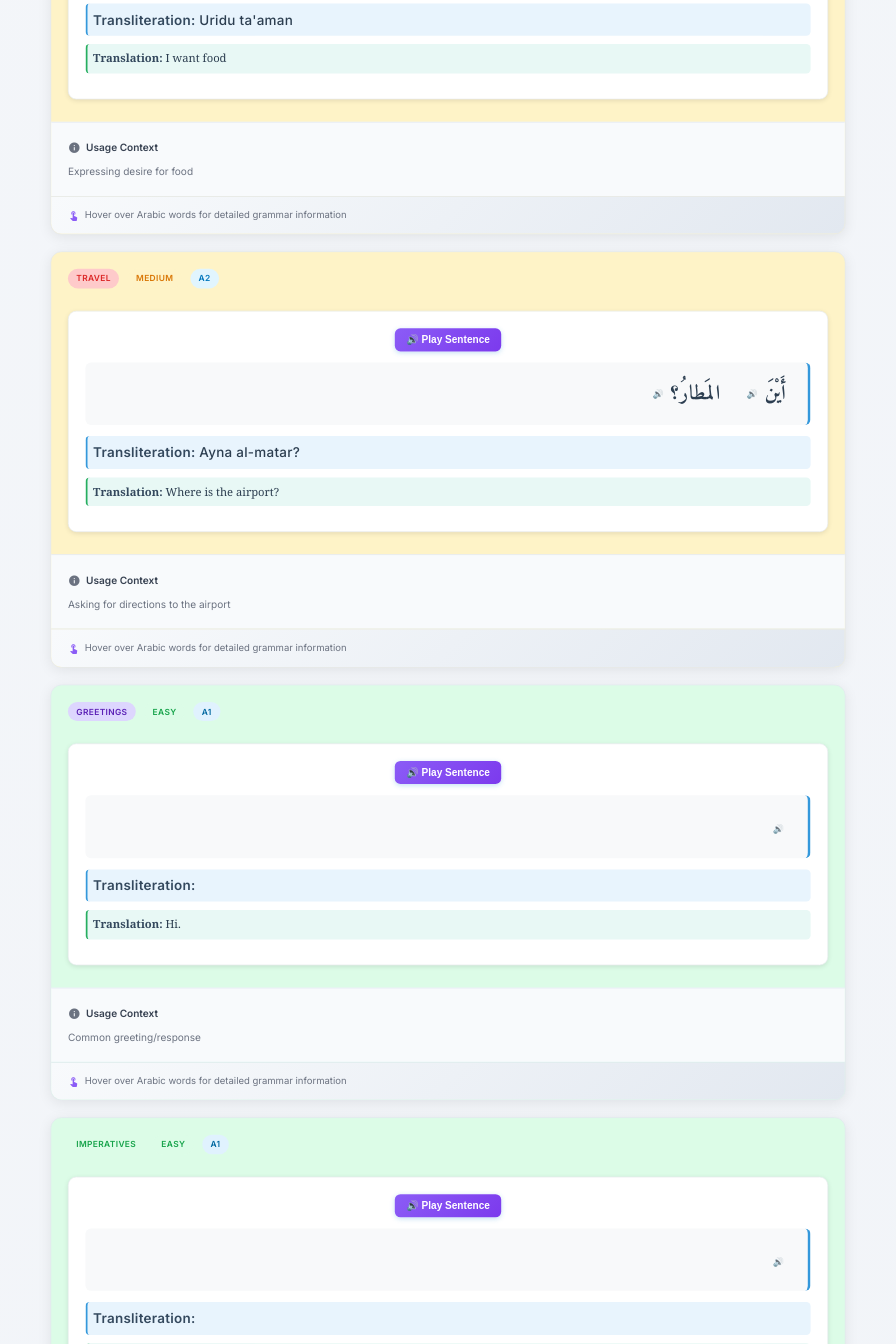
Repository: AhadBAzad/arabic-webapp
Page: /topics/daily-phrases
An editor plug-in stored every save of this project. The page is shown before and after the next save, followed by the edit.
The browser window is 1280 px wide. The pictures show the part of the page from y = 4580 to 6500 px (the page is 123466 px tall), at 70% of full size.
The project was rebuilt for these pictures with package versions that can differ from the ones it lists, and the page was loaded fresh each time. Also part of the build but not shown: vite.config.ts, src/pages/HomePage.tsx, src/data.ts, src/components/StoryReader.css, src/components/StoryReader.tsx, src/components/StoryList.tsx, src/pages/LibraryPage.tsx, src/pages/TopicsPage.tsx and 8 more.

Above is the page before, as saved 2025-09-30 23:07:43.

### index.html
<!doctype html>
<html lang="en">
  <head>
    <meta charset="UTF-8" />
    <link rel="icon" type="image/svg+xml" href="/vite.svg" />
    <meta name="viewport" content="width=device-width, initial-scale=1.0" />
    <title>Arabic Reading Practice</title>
    <meta name="description" content="Interactive Arabic reading practice web app with harakah, translation, and transliteration support" />

    <!-- Arabic Font Preloads for better performance -->
    <link rel="preconnect" href="https://fonts.googleapis.com">
    <link rel="preconnect" href="https://fonts.gstatic.com" crossorigin>
    <link href="https://fonts.googleapis.com/css2?family=Amiri:ital,wght@0,400;0,700;1,400;1,700&family=Noto+Sans+Arabic:wght@400;500;600;700&display=swap" rel="stylesheet">
  </head>
  <body>
    <div id="root"></div>
    <script type="module" src="/src/main.tsx"></script>
  </body>
</html>

### src/index.css
:root {
  font-family: 'Segoe UI', Tahoma, Geneva, Verdana, sans-serif;
  line-height: 1.6;
  font-weight: 400;

  color-scheme: light;
  color: #2c3e50;
  background-color: #ffffff;

  font-synthesis: none;
  text-rendering: optimizeLegibility;
  -webkit-font-smoothing: antialiased;
  -moz-osx-font-smoothing: grayscale;
}

* {
  box-sizing: border-box;
}

body {
  margin: 0;
  min-height: 100vh;
}

#root {
  min-height: 100vh;
}

### src/App.tsx
import { BrowserRouter as Router, Routes, Route } from 'react-router-dom';
import Navigation from './components/Navigation';
import HomePage from './pages/HomePage';
import LibraryPage from './pages/LibraryPage.tsx';
import TopicsPage from './pages/TopicsPage';
import LevelsPage from './pages/LevelsPage';
import VocabularyPage from './pages/VocabularyPage';
import AudioStoriesPage from './pages/AudioStoriesPage';
import ProgressPage from './pages/ProgressPage';
import AboutPage from './pages/AboutPage';
import DailyPhrasesPage from './pages/DailyPhrasesPage';
import './App.css';

function App() {
  return (
    <Router>
      <div className="app">
        <Navigation />

        <main className="app-main">
          <Routes>
            <Route path="/" element={<HomePage />} />
            <Route path="/library" element={<LibraryPage />} />
            <Route path="/topics" element={<TopicsPage />} />
            <Route path="/topics/daily-phrases" element={<DailyPhrasesPage />} />
            <Route path="/levels" element={<LevelsPage />} />
            <Route path="/vocabulary" element={<VocabularyPage />} />
            <Route path="/audio-stories" element={<AudioStoriesPage />} />
            <Route path="/progress" element={<ProgressPage />} />
            <Route path="/about" element={<AboutPage />} />
          </Routes>
        </main>
      </div>
    </Router>
  );
}

export default App;

### src/components/Navigation.tsx
import { Link, useLocation } from 'react-router-dom';
import './Navigation.css';

const Navigation = () => {
  const location = useLocation();

  const navItems = [
    { path: '/', label: 'Home', icon: 'home' },
    { path: '/library', label: 'Library', icon: 'library_books' },
    { path: '/topics', label: 'Topics', icon: 'folder' },
    { path: '/levels', label: 'Levels', icon: 'trending_up' },
    { path: '/vocabulary', label: 'Vocabulary', icon: 'article' },
    { path: '/audio-stories', label: 'Audio Stories', icon: 'headphones' },
    { path: '/progress', label: 'My Progress', icon: 'analytics' },
    { path: '/about', label: 'About', icon: 'info' }
  ];

  return (
    <nav className="navigation">
      <div className="nav-container">
        <div className="nav-brand">
          <Link to="/" className="brand-link">
            <span className="material-icons brand-icon">mosque</span>
            <span className="brand-text">Arabic Reading Hub</span>
          </Link>
        </div>

        <ul className="nav-menu">
          {navItems.map((item) => (
            <li key={item.path} className="nav-item">
              <Link
                to={item.path}
                className={`nav-link ${location.pathname === item.path ? 'active' : ''}`}
              >
                <span className="material-icons nav-icon">{item.icon}</span>
                <span className="nav-label">{item.label}</span>
              </Link>
            </li>
          ))}
        </ul>
      </div>
    </nav>
  );
};

export default Navigation;

### src/pages/DailyPhrasesDatabase.tsx
// Daily Phrases Database
// This file contains all the daily phrases data with word-level analysis
// You can easily add new phrases by following the structure below

import type { Word } from '../types';

export interface DailyPhrase {
  id: string;
  category: string;
  words: Word[];
  translation: string;
  transliteration: string;
  usage: string;
  difficulty: 'easy' | 'medium' | 'hard';
  level: 'A1' | 'A2' | 'B1' | 'B2';
}

// =============================================================================
// DAILY PHRASES DATABASE (BASE ITEMS YOU ALREADY HAD)
// =============================================================================
const basePhrases: DailyPhrase[] = [
  // GREETINGS CATEGORY
  {
    id: '1',
    category: 'greetings',
    words: [
      {
        arabic: 'السلام',
        arabicWithHarakah: 'السَّلامُ',
        transliteration: 'as-salamu',
        translation: 'peace',
        grammarType: 'noun',
        root: 'س ل م',
        rootTransliteration: 's-l-m',
        rootMeaning: 'safety, peace, security'
      },
      {
        arabic: 'عليكم',
        arabicWithHarakah: 'عَلَيْكُمْ',
        transliteration: 'alaykum',
        translation: 'upon you',
        grammarType: 'preposition',
        root: 'ع ل ي',
        rootTransliteration: '3-l-y',
        rootMeaning: 'to be high, elevated'
      }
    ],
    translation: 'Peace be upon you (Islamic greeting)',
    transliteration: 'Assalamu alaykum',
    usage: 'Standard Islamic greeting used throughout the day',
    difficulty: 'easy',
    level: 'A1'
  },

  {
    id: '2',
    category: 'greetings',
    words: [
      {
        arabic: 'وعليكم',
        arabicWithHarakah: 'وَعَلَيْكُمُ',
        transliteration: 'wa alaykum',
        translation: 'and upon you',
        grammarType: 'conjunction',
        root: 'ع ل ي',
        rootTransliteration: '3-l-y',
        rootMeaning: 'to be high, elevated'
      },
      {
        arabic: 'السلام',
        arabicWithHarakah: 'السَّلامُ',
        transliteration: 'as-salam',
        translation: 'the peace',
        grammarType: 'noun',
        root: 'س ل م',
        rootTransliteration: 's-l-m',
        rootMeaning: 'safety, peace, security'
      }
    ],
    translation: 'And upon you peace (response to Islamic greeting)',
    transliteration: 'Wa alaykum as-salam',
    usage: 'Standard response to "As-salāmu ʿalaykum"',
    difficulty: 'easy',
    level: 'A1'
  },

  // DAILY EXPRESSIONS CATEGORY
  {
    id: '3',
    category: 'daily',
    words: [
      {
        arabic: 'شكرا',
        arabicWithHarakah: 'شُكْراً',
        transliteration: 'shukran',
        translation: 'thanks',
        grammarType: 'noun',
        root: 'ش ك ر',
        rootTransliteration: 'sh-k-r',
        rootMeaning: 'to be grateful'
      },
      {
        arabic: 'لك',
        arabicWithHarakah: 'لَكَ',
        transliteration: 'lak',
        translation: 'to you',
        grammarType: 'preposition',
        root: 'ل ك',
        rootTransliteration: 'l-k',
        rootMeaning: 'to/for you'
      }
    ],
    translation: 'Thank you',
    transliteration: 'Shukran lak',
    usage: 'Common way to express gratitude',
    difficulty: 'easy',
    level: 'A1'
  },

  {
    id: '4',
    category: 'polite',
    words: [
      {
        arabic: 'من',
        arabicWithHarakah: 'مِنْ',
        transliteration: 'min',
        translation: 'from',
        grammarType: 'preposition',
        root: 'م ن',
        rootTransliteration: 'm-n',
        rootMeaning: 'from, of'
      },
      {
        arabic: 'فضلك',
        arabicWithHarakah: 'فَضْلِكَ',
        transliteration: 'fadlik',
        translation: 'your favor',
        grammarType: 'noun',
        root: 'ف ض ل',
        rootTransliteration: 'f-d-l',
        rootMeaning: 'to favor, prefer'
      }
    ],
    translation: 'Please',
    transliteration: 'Min fadlik',
    usage: 'Polite way to make a request',
    difficulty: 'easy',
    level: 'A1'
  },

  // FAMILY TERMS CATEGORY
  {
    id: '5',
    category: 'family',
    words: [
      {
        arabic: 'هذه',
        arabicWithHarakah: 'هٰذِهِ',
        transliteration: 'hadhihi',
        translation: 'this (feminine)',
        grammarType: 'pronoun',
        root: 'ه ذ ا',
        rootTransliteration: 'h-dh-a',
        rootMeaning: 'this, that'
      },
      {
        arabic: 'عائلتي',
        arabicWithHarakah: 'عائِلَتي',
        transliteration: "a'ilati",
        translation: 'my family',
        grammarType: 'noun',
        root: 'ع و ل',
        rootTransliteration: '3-w-l',
        rootMeaning: 'to support, maintain'
      }
    ],
    translation: 'This is my family',
    transliteration: "Hadhihi a'ilati",
    usage: 'Introducing your family members',
    difficulty: 'medium',
    level: 'A2'
  },

  // TIME EXPRESSIONS CATEGORY
  {
    id: '6',
    category: 'time',
    words: [
      {
        arabic: 'كم',
        arabicWithHarakah: 'كَمِ',
        transliteration: 'kam',
        translation: 'how much/many',
        grammarType: 'particle',
        root: 'ك م',
        rootTransliteration: 'k-m',
        rootMeaning: 'how much, quantity'
      },
      {
        arabic: 'الساعة؟',
        arabicWithHarakah: 'السّاعَة؟',
        transliteration: "as-sa'a?",
        translation: 'the hour/clock?',
        grammarType: 'noun',
        root: 'س و ع',
        rootTransliteration: 's-w-3',
        rootMeaning: 'time measurement'
      }
    ],
    translation: 'What time is it?',
    transliteration: "Kam as-sa'a?",
    usage: 'Asking for the current time',
    difficulty: 'medium',
    level: 'A2'
  },

  // FOOD CATEGORY
  {
    id: '7',
    category: 'food',
    words: [
      {
        arabic: 'أريد',
        arabicWithHarakah: 'أُريدُ',
        transliteration: 'uridu',
        translation: 'I want',
        grammarType: 'verb',
        root: 'ر و د',
        rootTransliteration: 'r-w-d',
        rootMeaning: 'to want, desire'
      },
      {
        arabic: 'طعاماً',
        arabicWithHarakah: 'طَعاماً',
        transliteration: "ta'aman",
        translation: 'food',
        grammarType: 'noun',
        root: 'ط ع م',
        rootTransliteration: 't-3-m',
        rootMeaning: 'food, taste'
      }
    ],
    translation: 'I want food',
    transliteration: "Uridu ta'aman",
    usage: 'Expressing desire for food',
    difficulty: 'medium',
    level: 'A2'
  },

  // TRAVEL CATEGORY
  {
    id: '8',
    category: 'travel',
    words: [
      {
        arabic: 'أين',
        arabicWithHarakah: 'أَيْنَ',
        transliteration: 'ayna',
        translation: 'where',
        grammarType: 'adverb',
        root: 'ا ي ن',
        rootTransliteration: 'a-y-n',
        rootMeaning: 'where, location'
      },
      {
        arabic: 'المطار؟',
        arabicWithHarakah: 'المَطارُ؟',
        transliteration: 'al-matar?',
        translation: 'the airport?',
        grammarType: 'noun',
        root: 'ط ي ر',
        rootTransliteration: 't-y-r',
        rootMeaning: 'to fly'
      }
    ],
    translation: 'Where is the airport?',
    transliteration: 'Ayna al-matar?',
    usage: 'Asking for directions to the airport',
    difficulty: 'medium',
    level: 'A2'
  }
];

// =============================================================================
// APPEND: FIRST ~200 LINES FROM THE DOCUMENT (embedded TSV -> parsed below)
// =============================================================================
// Format: English<TAB>Arabic per line. We take the first 200 non-empty lines.
const RAW_TSV = String.raw`Hi.	مرحبًا.
Run!	اركض!
Help!	النجدة!
Jump!	اقفز!
Stop!	قف!
Go on.	داوم.
Go on.	استمر.
Hello!	مرحباً.
Hurry!	تعجّل!
Hurry!	استعجل!
I see.	انا اري
I won!	أنا فُزت!
Relax.	استرح.
Smile.	ابتسم.
Cheers!	في صحتك.
Got it?	هل فهمت؟
He ran.	ركض.
I know.	أعرف.
I know.	أعلم ذلك.
I know.	أنا أعلم
I'm 19.	أنا في 19
I'm OK.	أنا بخير.
Listen.	استمع
No way!	غير معقول!
Really?	حقاً؟
Thanks.	شكرا.
Why me?	لماذا أنا؟
Awesome!	رائع!
Be cool.	خذ راحتك.
Call me.\tهاتفني.
Call me.	اتصل بي.
Come in.	تفضل بالدخول.
Come in.	تعال إلى الداخل
Come on!	بالله عليك!
Come on!	هيا
Come on!	هيّا
Get out!	اخرج من هنا!
Get out!	أُخرج!
Get out.	اخرج!
Go away.	اتركني و شأني.
Go away.	اذهب بعيداً.
Go away.	ارحل.
Goodbye!	مع السلامة.
He came.	لقد أتى.
He runs.	هو يجري
Help me!	ساعدني!
Help me.	النجدة! ساعدني!
I'm sad.	أنا حزين.
Me, too.	أنا أيضاً.
Shut up!	اخرس!
Shut up!	اصمت!
Shut up!	اسكت!
Shut up!	أغلق فمك!
Stop it.	أوقفه
Take it.	خذه
Tom won.	توم فاز.
Tom won.	لقد ربح توم.
Wake up!	استيقظ!
Welcome.	أهلاً و سهلاً!
Welcome.	مرحباً بك!
Welcome.	اهلا وسهلا
Welcome.	مرحبا!
Who won?	من فاز؟
Who won?	من الذي ربح؟
Why not?	لم لا؟
Why not?	لما لا؟
Have fun.	استمتع بوقتك.
Hurry up.	أسرع!
I forgot.	لقد نسيت.
I got it.	فهمتُهُ.
I got it.	فهمتُها.
I got it.	فَهمتُ ذلك.
I use it.	أستخدمه.
I'll pay.	سأدفع أنا.
I'm busy.	أنا مشغول.
I'm busy.	إنني مشغول.
I'm cold.	أشعر بالبرد.
I'm free.	أنا حُرّ.
I'm here.	أنا هنا
I'm home.	لقد عدت إلى البيت
I'm poor.	أنا فقير.
I'm rich.	أنا ثري.
It hurts.	هذا مؤلم
It's hot.	الجو حار
It's new.	إنه جديد
Let's go!	هيا بنا!
Let's go!	هيا لنذهب!
Let's go!	لنذهب.
Let's go.	هيا بنا.
Let's go.	هيا بنا نذهب.
Look out!	اِنتبه!
Look out!	إحذر!
Look out!	انتبه
Speak up!	تكلم!
Stand up!	قف!
Terrific!	رائع!
Terrific!	ممتاز!
Tom died.	توم مات.
Tom died.	توفي توم.
Tom left.	لقد غادر توم.
Tom lied.	لقد كذِبَ توم.
Tom lost.	لقد خَسِرَ توم.
Tom quit.	توم استقال.
Try some.	هاك، جرب.
Who am I?	من أنا؟
Who died?	من مات؟
Who died?	من توفي؟
After you.	من بعدك
Birds fly.	العصافير تطير.
Birds fly.	تحلق الطيور.
Bless you.	يُباركك.
Calm down.	اِهدأ.
Can we go?	هل نستطيع أن نذهب؟
Come here.	تعال هنا.
Come here.	تعال إلى هنا.
Come home.	تعال إلى منزلي.
Did I win?	هل أنا فُزت؟
Do it now.	افعل ذلك الآن.
Don't lie.	إياك و الكذب.
Excuse me.	عفواً.
Fantastic!	رائع!
Forget it!	انسَ الأمر.
Forget it!	انسَ ذلك
Forget it.	انسَ الأمر.
Forget it.	انسَ ذلك
Go inside.	أُدخُلْ.
Go to bed.	اذهب إلى النوم
Good luck.	بالتوفيق.
Hands off.	لا تلمسني.
He is ill.	إنه مريض.
He is ill.	هو مريض
How's Tom?	كيف توم؟
How's Tom?	كيف حال توم؟
I am Thai.	أنا تايلاندي.
I am cold.	أشعر بالبرد.
I am here.	أنا هنا
I am okay.	أنا بخير.
I am sure.	أنا متأكد.
I hope so.	آمل ذلك.
I laughed.	ضحكت.
I like it.	هذا يعجبني.
I love it.	أنا أحبه.
I see Tom.	أنا أرى توم
I'm a man.	أنا رجلٌ.
I'm alone.	أنا لوحدي.
I'm bored.	مللت.
I'm broke.	لقد كُسِرت
I'm happy.	أنا سعيد
I'm lucky.	انا محظوظ.
I'm needy.	أنا مسكين.
I'm ready.	أنا مستعد.
I'm ready.	أنا مستعدة.
I'm sorry.	أنا آسف.
I'm sorry.	أنا متأسف.
I'm sorry.	أتأسف.
I'm sorry.	أنا آسف
I'm tired.	أنا متعب.
Is it new?	هل هذا جديد؟
It is new.	إنه جديد
It's cold.	الجو بارد.
It's late.	إنها ساعة متأخرة.
Let me go.	دَعني أذهب.
Listen up.	اسمع
Look back!	انظر خلفك!
Of course!	طبعاً!
Of course.	بالطبع.
Of course.	طبعاً.
Of course.	بالتأكيد.
Of course.	طبعاً!
Pardon me?	المعذرة؟
Seriously?	أأنت جاد؟
She walks.	هي تمشي
Stay thin.	حافظي على جسم نحيف.
Stay thin.	إبقي نحيفة.
Stay thin.	حافظ على نحافتك.
Stop that!	أوقف ذلك
Stop that.	أوقف ذلك
Stop them.	أوقفهم.
Take care!	انتبه!
Take care.	مع السلامة.
Take care.	اعتن بنفسك.
Thank you.	شكراً لك
Then what?	ثم ماذا؟
Then what?	ماذا بعد ذلك؟
Tom moved.	لقد تحرك توم.
Tom waved.	لَوَحَ توم.
Watch out!	انتبه
We're hot.	نشعر بالحرارة
What's up?	ما الجديد؟
Who cares?	من يهمّه؟
Who is it?	مَن؟
Who knows?	من يدري؟
Who knows?	من يعلم؟
Wonderful!	مذهل.
You idiot!	يا أحمق!
You idiot!	يا غبي!
You tried.	لقد حاولت وسعك.`;

// --- lightweight mappers ---
const catFromEnglish = (en: string): string => {
  const s = en.toLowerCase();
  if (/^(hi|hello|good\s*morning|good\s*evening|goodbye|welcome|what's\s*up)/.test(s)) return 'greetings';
  if (/^(thanks|thank you|cheers|pardon me|excuse me)/.test(s)) return 'polite';
  if (/^(run|help|jump|stop|go|come|look|listen|wake|watch|speak|stand|take)/.test(s)) return 'imperatives';
  if (/who|what|why|when|how|where|which|did i|is it|then what|who cares|who knows/i.test(s)) return 'questions';
  return 'daily';
};

const difficultyFromEnglish = (en: string): DailyPhrase['difficulty'] => {
  const len = en.split(/\s+/).filter(Boolean).length;
  if (len <= 2) return 'easy';
  if (len <= 5) return 'medium';
  return 'hard';
};

const levelFromDifficulty = (d: DailyPhrase['difficulty']): DailyPhrase['level'] => (
  d === 'easy' ? 'A1' : d === 'medium' ? 'A2' : 'B1'
);

// Parse TSV into DailyPhrase items, starting id after the base list.
function parseTSV(tsv: string, startId: number): DailyPhrase[] {
  const lines = tsv
    .split(/\r?\n/)
    .map(l => l.trim())
    .filter(Boolean)
    .slice(0, 200); // first 200

  let id = startId;
  return lines.map(line => {
    const [englishRaw, arabicRaw] = line.split(/\t/);
    const english = (englishRaw || '').trim();
    const arabic = (arabicRaw || '').trim();

    const category = catFromEnglish(english);
    const difficulty = difficultyFromEnglish(english);
    const level = levelFromDifficulty(difficulty);

    const words: Word[] = [
      {
        arabic,
        arabicWithHarakah: null,
        transliteration: null,
        translation: english,
        grammarType: 'sentence',
        root: null,
        rootTransliteration: null,
        rootMeaning: null,
      },
    ];

    const phrase: DailyPhrase = {
      id: String(id++),
      category,
      words,
      translation: english,
      transliteration: '',
      usage: category === 'greetings' ? 'Common greeting/response' : category === 'polite' ? 'Polite expression' : '',
      difficulty,
      level,
    };

    return phrase;
  });
}

const parsedFromDoc: DailyPhrase[] = parseTSV(RAW_TSV, basePhrases.length + 1);

// =============================================================================
// FINAL EXPORT: your original items + first 200 lines from the document
// =============================================================================
export const dailyPhrasesDatabase: DailyPhrase[] = [
  ...basePhrases,
  ...parsedFromDoc,
];

// =============================================================================
// HELPER FUNCTIONS FOR ADDING NEW CONTENT (unchanged API)
// =============================================================================
export const getPhrasesByCategory = (category: string): DailyPhrase[] => {
  return dailyPhrasesDatabase.filter(phrase => phrase.category === category);
};

export const getPhrasesByDifficulty = (difficulty: 'easy' | 'medium' | 'hard'): DailyPhrase[] => {
  return dailyPhrasesDatabase.filter(phrase => phrase.difficulty === difficulty);
};

export const getCategories = (): string[] => {
  return [...new Set(dailyPhrasesDatabase.map(phrase => phrase.category))];
};

export const getPhraseById = (id: string): DailyPhrase | undefined => {
  return dailyPhrasesDatabase.find(phrase => phrase.id === id);
};

// =============================================================================
// TEMPLATE FOR ADDING NEW PHRASES (comment only)
// =============================================================================
/*
COPY THIS TEMPLATE TO ADD NEW PHRASES:

{
  id: 'phrase_XXX', // Use next available number
  category: 'category_name', // e.g., 'greetings', 'food', 'travel'
  words: [
    {
      arabic: 'word',
      arabicWithHarakah: 'word with diacritics',
      transliteration: 'word transliteration',
      translation: 'word meaning',
      grammarType: 'noun', // or 'verb', 'adjective', 'preposition', etc.
      root: 'ر و ت', // Arabic root (optional)
      rootTransliteration: 'r-w-t', // Root transliteration (optional)
      rootMeaning: 'root meaning' // Root meaning (optional)
    }
  ],
  translation: 'Complete phrase translation',
  transliteration: 'Complete phrase transliteration',
  usage: 'When and how to use this phrase',
  difficulty: 'easy', // or 'medium' or 'hard'
  level: 'A1' // or 'A2', 'B1', 'B2'
}
*/

Loaded but not shown: src/main.tsx (common file); src/pages/DailyPhrasesPage.css (552 lines, source omitted); src/pages/HomePage.css (511 lines, source omitted); src/pages/DailyPhrasesPage.tsx (221 lines, source omitted); src/components/StoryList.css (435 lines, source omitted); src/pages/LevelsPage.css (356 lines, source omitted); src/components/ControlPanel.tsx (193 lines, source omitted); src/components/ControlPanel.css (383 lines, source omitted); src/pages/VocabularyPage.css (422 lines, source omitted); src/pages/AudioStoriesPage.css (404 lines, source omitted); src/pages/LibraryPage.css (373 lines, source omitted); src/pages/ProgressPage.css (361 lines, source omitted); src/services/ttsService.ts (124 lines, source omitted); src/components/Navigation.css (209 lines, source omitted); src/components/WordTooltip.tsx (103 lines, source omitted); src/components/WordTooltip.css (177 lines, source omitted); src/pages/TopicsPage.css (168 lines, source omitted); src/components/SentenceDisplay.tsx (78 lines, source omitted); src/components/SentenceDisplay.css (105 lines, source omitted); src/App.css (86 lines, source omitted)

After the next save:
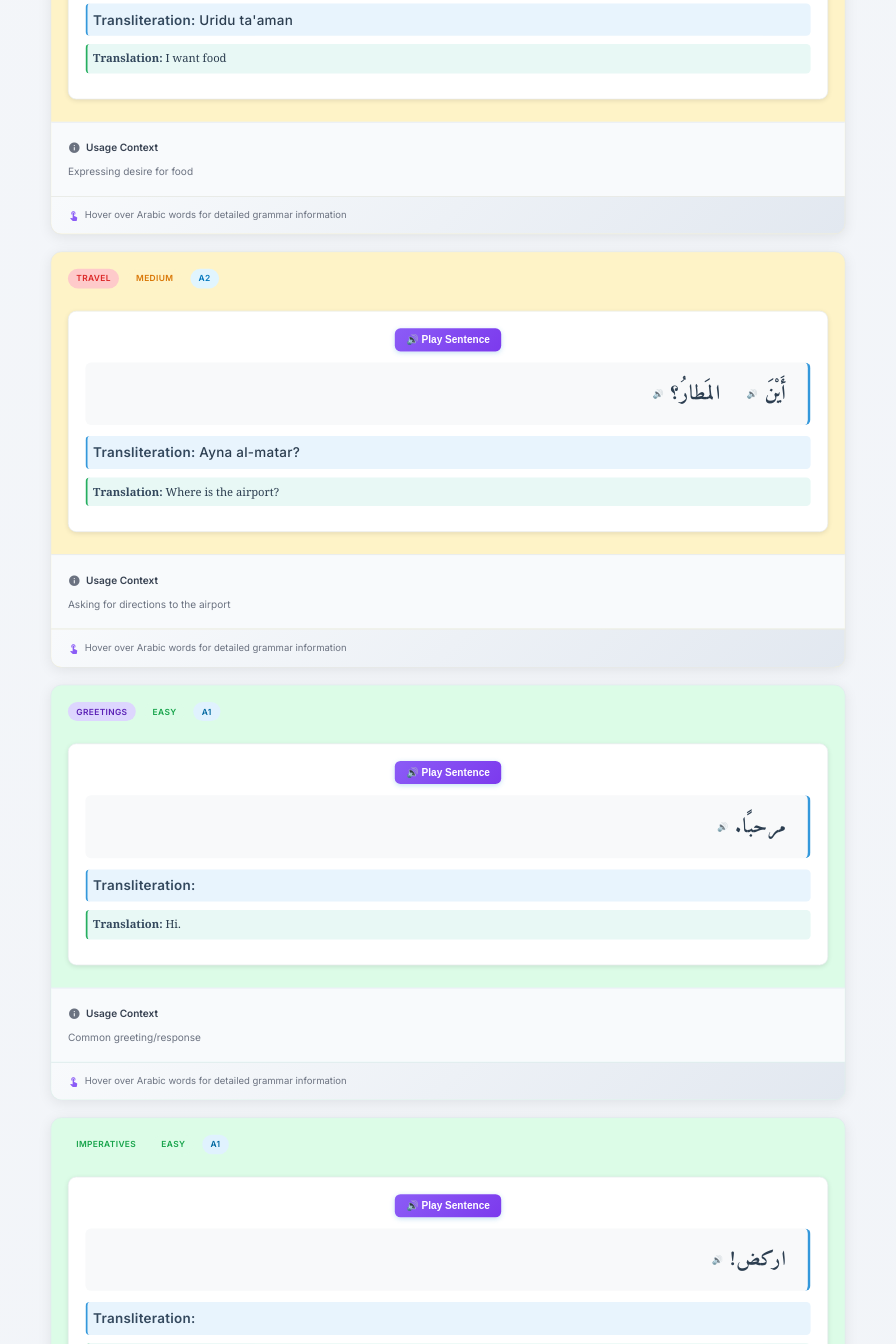
Saved 43 s later.
--- a/src/pages/DailyPhrasesDatabase.tsx
+++ b/src/pages/DailyPhrasesDatabase.tsx
@@ -526,13 +526,13 @@ function parseTSV(tsv: string, startId: number): DailyPhrase[] {
     const words: Word[] = [
       {
         arabic,
-        arabicWithHarakah: null,
-        transliteration: null,
+        arabicWithHarakah: arabic, // Use the same as arabic since we don't have harakah data
+        transliteration: '', // Empty string instead of null
         translation: english,
-        grammarType: 'sentence',
-        root: null,
-        rootTransliteration: null,
-        rootMeaning: null,
+        grammarType: 'compound', // Use 'compound' for full phrases
+        root: undefined, // Use undefined instead of null for optional fields
+        rootTransliteration: undefined,
+        rootMeaning: undefined,
       },
     ];
 
